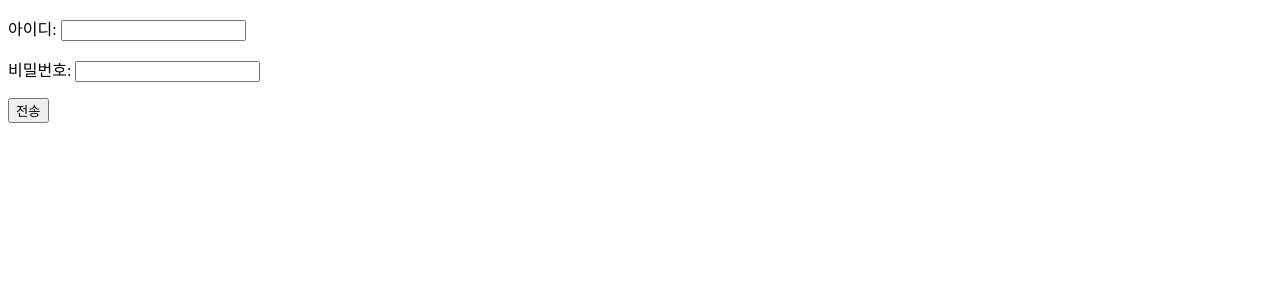
Repository: jihyeon00/java_web_sol
Page: http://localhost/jspweb_07/form_login.jsp
These files come from the project's save history. The page is drawn as it stood at one moment and after the next save; the edit follows.
The browser window is 1280 px wide. The pictures show the whole page.
The page is served by Tomcat 9.

Above is the page before, as saved 2024-01-11 01:47:50.

### workspace_stsb/jspweb_07/src/main/webapp/form_login.jsp
<%@ page language="java" contentType="text/html; charset=UTF-8"
    pageEncoding="UTF-8"%>
<!DOCTYPE html>
<html>
<head>
<meta charset="UTF-8">
<title>Insert title here</title>
</head>
<body>
	<form action="pro_login.jsp" method="post">

		<p>
			<label>아이디: </label>
			<input type="text" name="userId">
		</p>

		<p>
			<label>비밀번호: </label>
			<input type="password" name="password">
		</p>

		<p>
			<input type="submit" value="전송">
		</p>

	</form>
</body>
</html>

After the next save:
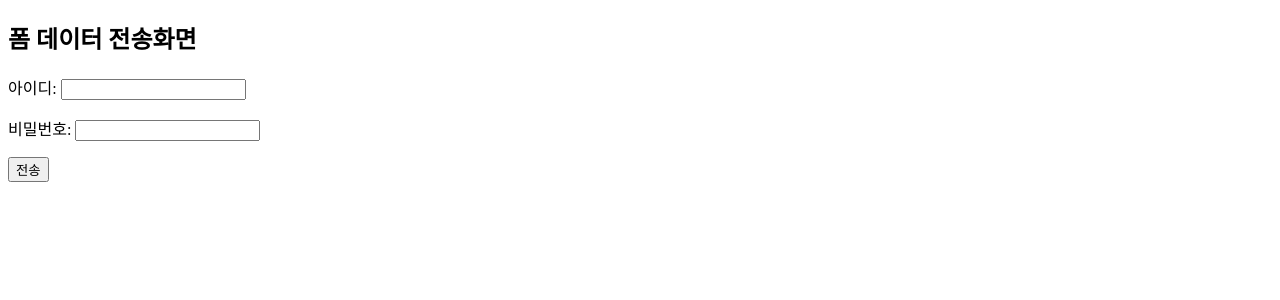
Saved 2 min 6 s later.
--- a/workspace_stsb/jspweb_07/src/main/webapp/form_login.jsp
+++ b/workspace_stsb/jspweb_07/src/main/webapp/form_login.jsp
@@ -7,6 +7,8 @@
 <title>Insert title here</title>
 </head>
 <body>
+	<h2>폼 데이터 전송화면</h2>
+
 	<form action="pro_login.jsp" method="post">
 
 		<p>
